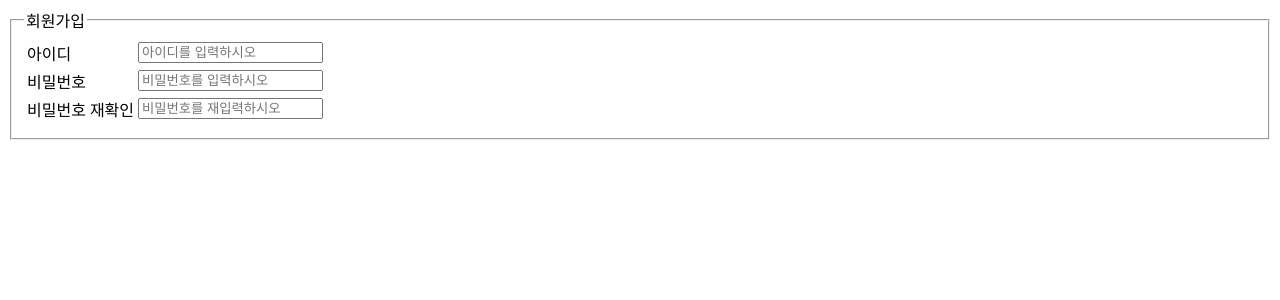
Repository: Scoobi-wisdoom/web
Page: d011/web/register.html
The author's editor kept a copy of each file at every save. The page is drawn from the files as they stood at one save, then again after the next save.
The browser window is 1280 px wide. The pictures show the whole page.

Above is the page before, as saved 2020-08-05 08:25:01.

After the next save:
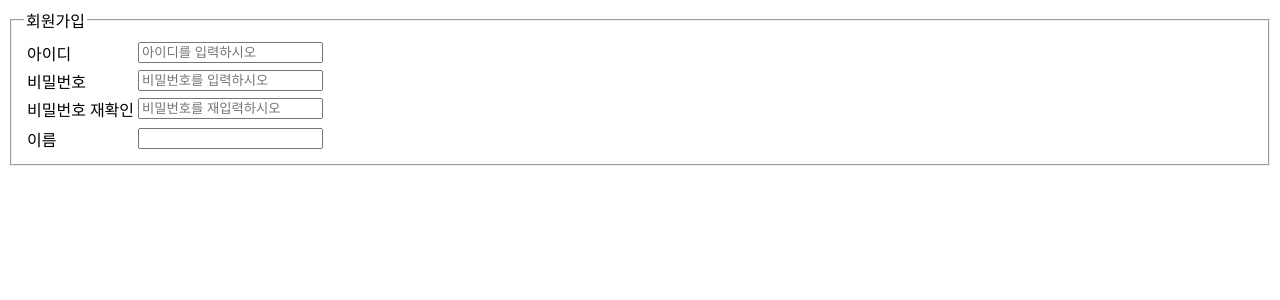
Saved 35 s later.
--- a/d011/web/register.html
+++ b/d011/web/register.html
@@ -36,7 +36,12 @@
 			<tr>
 			</tr>
 			<tr>
-
+				<td>
+					이름
+				</td>
+				<td>
+					<input type="text" name="name">
+				</td>
 			</tr>
 
 
